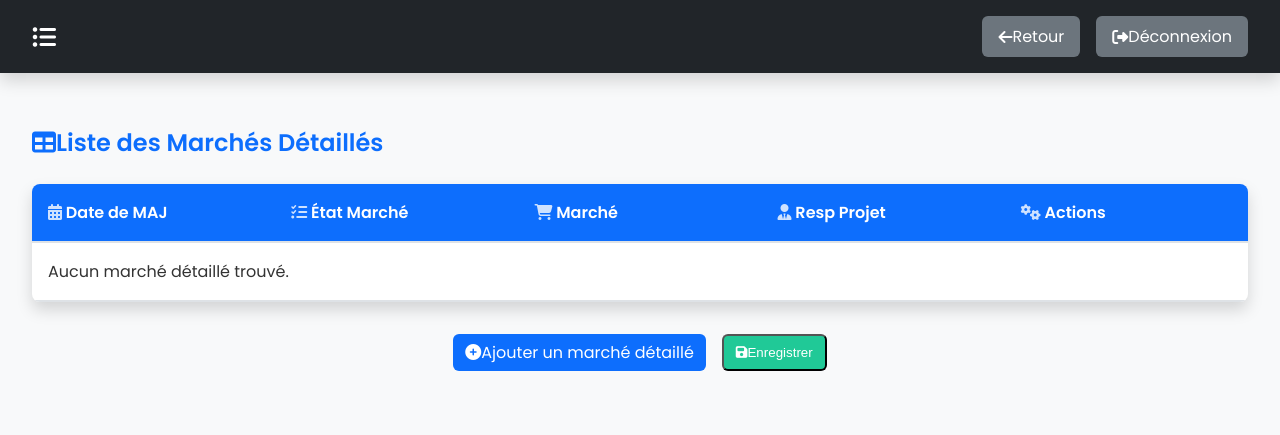
Repository: Andriatiana669/Retour_XP
Page: dashboard/templates/dashboard/liste_marche.html
An editor plug-in stored every save of this project. The page is shown before and after the next save, followed by the edit.
The browser window is 1280 px wide. The pictures show the whole page.
The page is served by the project's application, run on Django 5.2 (manage.py). Other server files are loaded and not shown. The template is opened directly, without the code that normally fills it, so the values that code supplies are empty.

Above is the page before, as saved 2026-01-07 14:37:10.

### dashboard/templates/dashboard/liste_marche.html
<!DOCTYPE html>
<html lang="fr">
<head>
    <meta charset="UTF-8">
    <meta name="viewport" content="width=device-width, initial-scale=1.0">
    <title>Liste des Marchés - {{ marche_global.nom }}</title>
    {% load static %}
    <link rel="stylesheet" href="{% static 'dashboard/css/liste_marche.css' %}">
    <link rel="stylesheet" href="https://cdnjs.cloudflare.com/ajax/libs/font-awesome/6.4.0/css/all.min.css">
    <link href="https://fonts.googleapis.com/css2?family=Poppins:wght@300;400;600&display=swap" rel="stylesheet">

    <!-- petite surcouche pour les boutons d'action -->
    <style>
        .actions-cell{display:flex;gap:.4rem;}
        .actions-cell .btn-voir{padding:.3rem .6rem;font-size:.8rem;}
        .etat-select{max-width:160px;font-size:.85rem;}
        .save-etat-btn{background:var(--success-color);color:#fff;border:none;
                       padding:.25rem .5rem;border-radius:.25rem;font-size:.8rem;cursor:pointer;}
        .center-buttons{display:flex;justify-content:center;gap:1rem;margin:2rem 0;}
    </style>
</head>
<body>
<header>
    <h1><i class="fas fa-list-ul me-2"></i>{{ marche_global.nom }}</h1>
    <nav>
        <a href="{% url 'dashboard:dashboard' %}"><i class="fas fa-arrow-left me-1"></i>Retour</a>
        <a href="{% url 'authentification:logout' %}"><i class="fas fa-sign-out-alt me-1"></i>Déconnexion</a>
    </nav>
</header>

<main>
<h2><i class="fas fa-table me-2" style="color: #0d6efd;"></i>
    <span style="color: #0d6efd;">Liste des Marchés Détaillés</span></h2>

<table class="marches-table">
    <thead>
    <tr>
        <th><i class="fas fa-calendar-alt me-1"></i> Date de MAJ</th>
        <th><i class="fas fa-tasks me-1"></i> État Marché</th>
        <th><i class="fas fa-shopping-cart me-1"></i> Marché</th>
        <th><i class="fas fa-user-tie me-1"></i> Resp Projet</th>
        <th><i class="fas fa-cogs me-1"></i> Actions</th>
    </tr>
    </thead>
    <tbody>
    {% for marche in marches_detailles %}
    <tr data-id="{{ marche.id }}">
        <td>{{ marche.date_maj|date:"d/m/Y H:i" }}</td>

        <!-- État modifiable directement -->
        <td class="etat-cell">
            <form class="etat-inline" style="display:flex;gap:.25rem;align-items:center;">
                {% csrf_token %}
                <select name="etat" class="etat-select"
                        style="color:{{ marche.etat_affaire.couleur|default:'#6c757d' }};
                            background:{{ marche.etat_affaire.couleur_fond|default:'#f8f9fa' }};
                            border:1px solid {{ marche.etat_affaire.couleur|default:'#ced4da' }};
                            border-radius:.25rem;padding:.25rem .4rem;font-size:.85rem;font-weight:600;">
                <option value="">– Non défini –</option>
                {% for etat in etats %}
                    <option value="{{ etat.id }}"
                            {% if marche.etat_affaire.id == etat.id %}selected{% endif %}
                            style="color:{{ etat.couleur }};background:{{ etat.couleur_fond }};">
                    {{ etat.nom }}
                    </option>
                {% endfor %}
                </select>
                <button type="submit" class="save-etat-btn"
                        style="background:transparent;border:none;color:var(--primary-color);cursor:pointer;">
                <i class="fas fa-redo"></i>
                </button>
            </form>
        </td>

        <td>{{ marche.nom_marche }}</td>
        <td>{{ marche.resp_marche }}</td>

        <!-- 3 boutons d'action -->
        <td>
            <div class="actions-cell">
                <a href="{% url 'marches:description' marche.id %}" class="btn-voir">
                    <i class="fas fa-eye"></i> Voir
                </a>
                <a href="{% url 'dashboard:modifier_marche' marche.id %}" class="btn-voir" style="background:var(--secondary-color);">
                    <i class="fas fa-edit"></i> Modifier
                </a>
                <a href="{% url 'dashboard:supprimer_marche' marche.id %}" class="btn-voir" style="background:var(--danger-color);"
                   onclick="return confirm('Supprimer ce marché ?');">
                    <i class="fas fa-trash"></i> Supprimer
                </a>
            </div>
        </td>
    </tr>
    {% empty %}
    <tr><td colspan="5" class="text-center">Aucun marché détaillé trouvé.</td></tr>
    {% endfor %}
    </tbody>
</table>

<!-- Boutons centrés -->
<div class="center-buttons">
    <a href="{% url 'dashboard:ajouter_marche' marche_global.id %}" class="btn-voir">
        <i class="fas fa-plus-circle"></i> Ajouter un marché détaillé
    </a>
    <button id="saveAllEtats" class="btn-voir" style="background:var(--success-color);">
        <i class="fas fa-save"></i> <span> Enregistrer </span>
    </button>
</div>
</main>

<script src="{% static 'dashboard/js/liste_marche.js' %}"></script>
</body>
</html>

### Retour_XP/urls.py
"""
URL configuration for Retour_XP project.

The `urlpatterns` list routes URLs to views. For more information please see:
    https://docs.djangoproject.com/en/5.2/topics/http/urls/
Examples:
Function views
    1. Add an import:  from my_app import views
    2. Add a URL to urlpatterns:  path('', views.home, name='home')
Class-based views
    1. Add an import:  from other_app.views import Home
    2. Add a URL to urlpatterns:  path('', Home.as_view(), name='home')
Including another URLconf
    1. Import the include() function: from django.urls import include, path
    2. Add a URL to urlpatterns:  path('blog/', include('blog.urls'))
"""
# Retour_XP/urls.py
from django.contrib import admin
from django.urls import path, include
from django.conf import settings
from django.conf.urls.static import static

urlpatterns = [
    path('admin/', admin.site.urls),
    path('', include('authentification.urls')),
    path('dashboard/', include('dashboard.urls')),
    path('marches/', include('marches.urls')),
]

if settings.DEBUG:
    urlpatterns += static(settings.MEDIA_URL, document_root=settings.MEDIA_ROOT)
    urlpatterns += static(settings.STATIC_URL, document_root=settings.STATIC_ROOT)

### authentification/urls.py
# authentification/urls.py
from django.urls import path
from . import views

app_name = 'authentification'

urlpatterns = [
    path('', views.login_view, name='login'),
    path('logout/', views.custom_logout, name='logout'),   # ← nouvelle ligne
]

### dashboard/urls.py
# dashboard/urls.py
from django.urls import path
from . import views

app_name = 'dashboard'

urlpatterns = [
    path('', views.dashboard_view, name='dashboard'),
    path('marche/<int:marche_global_id>/', views.liste_marche_view, name='liste_marche'),
    path('marche/<int:marche_global_id>/ajouter/', views.ajouter_marche_view, name='ajouter_marche'),
    path('marche/change-etat/<int:pk>/', views.change_etat_view, name='change_etat'),
    path('marche/modifier/<int:pk>/', views.modifier_marche_view, name='modifier_marche'),
    path('marche/supprimer/<int:pk>/', views.supprimer_marche_view, name='supprimer_marche'),
]

### marches/urls.py
# marches/urls.py
from django.urls import path
from . import views

app_name = 'marches'

urlpatterns = [
    path('description/<int:marche_detaille_id>/', views.description_view, name='description'),
]

### dashboard/static/dashboard/css/liste_marche.css
/* ===== RESET & VARIABLES ===== */
:root {
    --primary-color: #0d6efd;
    --secondary-color: #6c757d;
    --success-color: #20c997;
    --danger-color: #dc3545;
    --light-color: #f8f9fa;
    --dark-color: #212529;
    --shadow-sm: 0 0.125rem 0.25rem rgba(0, 0, 0, 0.075);
    --shadow-md: 0 0.5rem 1rem rgba(0, 0, 0, 0.15);
    --transition: all 0.3s ease;
    --hover-bg: rgba(13, 110, 253, 0.1);
    --border-color: #dee2e6;
}

body {
    font-family: 'Poppins', Arial, sans-serif;
    margin: 0;
    padding: 0;
    background-color: var(--light-color);
    color: #333;
}

/* ===== HEADER ===== */
header {
    background-color: var(--dark-color);
    color: #fff;
    padding: 1rem 2rem;
    display: flex;
    justify-content: space-between;
    align-items: center;
    box-shadow: var(--shadow-md);
    position: sticky;
    top: 0;
    z-index: 100;
}

header h1 {
    margin: 0;
    font-size: 1.5rem;
    font-weight: 600;
    display: flex;
    align-items: center;
}

nav {
    display: flex;
    gap: 1rem;
}

nav a {
    color: #fff;
    text-decoration: none;
    padding: 0.5rem 1rem;
    background-color: var(--secondary-color);
    border-radius: 0.375rem;
    transition: var(--transition);
    display: flex;
    align-items: center;
}

nav a:hover {
    background-color: #5a6268;
    transform: translateY(-1px);
}

/* ===== MAIN CONTENT ===== */
main {
    padding: 2rem;
    max-width: 1400px;
    margin: 0 auto;
}

main h2 {
    margin-bottom: 1.5rem;
    display: flex;
    align-items: center;
    font-size: 1.5rem;
    color: var(--primary-color);
}

/* ===== TABLE STYLES ===== */
.marches-table {
    width: 100%;
    background: white;
    border-radius: 0.5rem;
    overflow: hidden;
    box-shadow: var(--shadow-md);
    border-collapse: separate;
    border-spacing: 0;
}

/* En-tête du tableau */
.marches-table thead {
    display: table;
    width: 100%;
    table-layout: fixed;
}

.marches-table th {
    background-color: var(--primary-color);
    color: white;
    padding: 1rem;
    text-align: left;
    font-weight: 600;
    border-bottom: 0px solid rgba(255, 255, 255, 0.2);
}

.marches-table th i {
    color: rgba(255, 255, 255, 0.8);
}

/* Corps du tableau */
.marches-table tbody {
    display: table;
    width: 100%;
    table-layout: fixed;
}

.marches-table td {
    padding: 1rem;
    border-bottom: 1px solid var(--border-color);
    vertical-align: middle;
}

/* Première ligne du tbody */
.marches-table tbody tr:first-child td {
    border-top: 2px solid var(--border-color);
    border-bottom: 2px solid var(--border-color);
}

/* Dernière ligne du tbody */
.marches-table tr:last-child td {
    border-top: 2px solid var(--border-color);
    border-bottom: 2px solid var(--border-color);
}

/* Animation au survol */
.marches-table tr {
    transition: var(--transition);
}

.marches-table tbody tr:hover {
    background-color: var(--hover-bg);
    transform: scale(1.005);
    box-shadow: inset 0 0 0 9999px var(--hover-bg);
}

/* ===== BADGES & BUTTONS ===== */
.etat-badge {
    padding: 0.375rem 0.75rem;
    border-radius: 0.375rem;
    font-size: 0.875rem;
    font-weight: 600;
    display: inline-block;
    min-width: 80px;
    text-align: center;
}

.btn-voir {
    padding: 0.375rem 0.75rem;
    background-color: var(--primary-color);
    color: white;
    text-decoration: none;
    border-radius: 0.375rem;
    transition: var(--transition);
    display: flex;
    align-items: center;
    justify-content: center;
    width: fit-content;
}

.btn-voir:hover {
    background-color: #0b5ed7;
    transform: translateY(-1px);
    cursor: pointer;
}

/* ===== RESPONSIVE ===== */
@media (max-width: 768px) {
    .marches-table {
        font-size: 0.875rem;
    }

    .marches-table th,
    .marches-table td {
        padding: 0.75rem;
    }

    nav {
        flex-direction: column;
        align-items: flex-end;
    }
}

### dashboard/static/dashboard/js/liste_marche.js
/*  dashboard/static/dashboard/js/liste_marche.js  */
/*  Nouvelle version – compatible avec le HTML actuel  */

document.addEventListener('DOMContentLoaded', () => {
    /* ---------- Sauvegarde rapide des états ---------- */
    const saveBtn = document.getElementById('saveAllEtats');
    if (!saveBtn) return;                  // sécurité si le bouton n’existe pas

    saveBtn.addEventListener('click', async () => {
        const rows = document.querySelectorAll('tr[data-id]');
        const csrf = document.querySelector('[name=csrfmiddlewaretoken]')?.value;
        if (!csrf) { alert('Token CSRF introuvable'); return; }

        let okCount = 0;
        for (const tr of rows) {
            const id     = tr.dataset.id;
            const select = tr.querySelector('select[name="etat"]');
            const etatId = select.value;

            try {
                const resp = await fetch(`/dashboard/marche/change-etat/${id}/`, {
                    method : 'POST',
                    headers: {
                        'X-CSRFToken': csrf,
                        'Content-Type': 'application/json'
                    },
                    body: JSON.stringify({etat: etatId})
                });
                if (resp.ok) okCount++;
            } catch (e) {
                console.error('Erreur réseau', e);
            }
        }
        alert(`${okCount} état(s) mis à jour`);
        location.reload();          // rafraîchit la page
    });
});

After the next save:
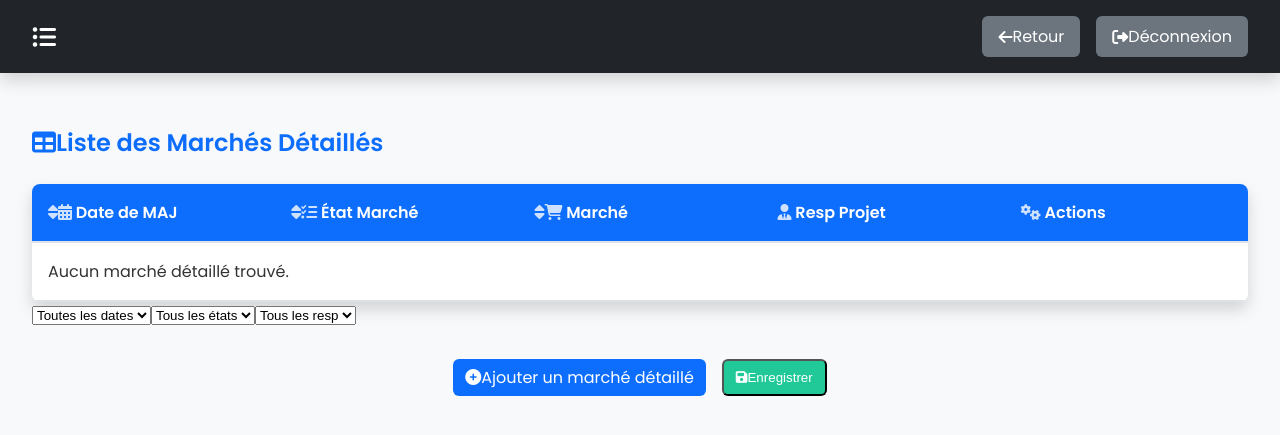
Saved 6 min 20 s later.
--- a/dashboard/static/dashboard/js/liste_marche.js
+++ b/dashboard/static/dashboard/js/liste_marche.js
@@ -1,37 +1,113 @@
 /*  dashboard/static/dashboard/js/liste_marche.js  */
-/*  Nouvelle version – compatible avec le HTML actuel  */
+document.addEventListener('DOMContentLoaded', () => {
+    /* ---------- UTILS ---------- */
+    const $ = s => document.querySelector(s);
+    const $$ = s => [...document.querySelectorAll(s)];
 
-document.addEventListener('DOMContentLoaded', () => {
-    /* ---------- Sauvegarde rapide des états ---------- */
-    const saveBtn = document.getElementById('saveAllEtats');
-    if (!saveBtn) return;                  // sécurité si le bouton n’existe pas
+    const table   = $('.marches-table tbody');
+    const rows    = $$('tr[data-id]');
+    const csrf    = $('[name=csrfmiddlewaretoken]')?.value;
 
-    saveBtn.addEventListener('click', async () => {
-        const rows = document.querySelectorAll('tr[data-id]');
-        const csrf = document.querySelector('[name=csrfmiddlewaretoken]')?.value;
-        if (!csrf) { alert('Token CSRF introuvable'); return; }
+    /* ---------- TRI ---------- */
+    let sortState = {}; // {colIndex: 1|-1}
+    $$('thead th').forEach((th, idx) => {
+        if (idx > 2) return; // on ne tri que les 3 premières colonnes
+        th.style.cursor = 'pointer';
+        th.insertAdjacentHTML('afterbegin', '<i class="fas fa-sort ms-1 text-muted"></i>');
+        th.addEventListener('click', () => {
+            const dir = (sortState[idx] || 1) * -1;
+            sortState = {[idx]: dir};
+            const sorted = [...rows].sort((a, b) => {
+                let va = a.cells[idx].textContent.trim();
+                let vb = b.cells[idx].textContent.trim();
+                if (idx === 0) { // Date de MAJ
+                    va = new Date(va.split('/').reverse().join('-'));
+                    vb = new Date(vb.split('/').reverse().join('-'));
+                }
+                return va > vb ? dir : -dir;
+            });
+            sorted.forEach(r => table.appendChild(r));
+        });
+    });
 
-        let okCount = 0;
-        for (const tr of rows) {
-            const id     = tr.dataset.id;
-            const select = tr.querySelector('select[name="etat"]');
-            const etatId = select.value;
+    /* ---------- FILTRES ---------- */
+    // 1) filtre Date
+    const dateFilter = document.createElement('select');
+    dateFilter.className = 'form-select form-select-sm d-inline-block w-auto me-3';
+    dateFilter.innerHTML = `
+        <option value="all">Toutes les dates</option>
+        <option value="today">Aujourd'hui</option>
+        <option value="week">Cette semaine</option>
+        <option value="month">Ce mois</option>`;
+    $('.center-buttons').before(dateFilter);
 
-            try {
-                const resp = await fetch(`/dashboard/marche/change-etat/${id}/`, {
-                    method : 'POST',
-                    headers: {
-                        'X-CSRFToken': csrf,
-                        'Content-Type': 'application/json'
-                    },
-                    body: JSON.stringify({etat: etatId})
-                });
-                if (resp.ok) okCount++;
-            } catch (e) {
-                console.error('Erreur réseau', e);
+    // 2) filtre État
+    const etatFilter = document.createElement('select');
+    etatFilter.className = 'form-select form-select-sm d-inline-block w-auto me-3';
+    etatFilter.innerHTML = '<option value="all">Tous les états</option>';
+    const etats = [...new Set(rows.map(r => r.querySelector('select[name="etat"] option:checked')?.textContent.trim() || 'Non défini'))];
+    etats.sort().forEach(e => etatFilter.innerHTML += `<option value="${e}">${e}</option>`);
+    $('.center-buttons').before(etatFilter);
+
+    // 3) filtre Resp
+    const respFilter = document.createElement('select');
+    respFilter.className = 'form-select form-select-sm d-inline-block w-auto me-3';
+    respFilter.innerHTML = '<option value="all">Tous les resp</option>';
+    const resps = [...new Set(rows.map(r => r.cells[3].textContent.trim()))];
+    resps.sort().forEach(r => respFilter.innerHTML += `<option value="${r}">${r}</option>`);
+    $('.center-buttons').before(respFilter);
+
+    /* ---------- APPLICATION DES FILTRES ---------- */
+    function applyFilters() {
+        const dVal = dateFilter.value;
+        const eVal = etatFilter.value;
+        const rVal = respFilter.value;
+
+        const now = new Date();
+        const startOfWeek = new Date(now.setDate(now.getDate() - now.getDay()));
+        const startOfMonth = new Date(now.getFullYear(), now.getMonth(), 1);
+
+        rows.forEach(tr => {
+            const dateTxt = tr.cells[0].textContent.trim();
+            const dateRow = new Date(dateTxt.split('/').reverse().join('-'));
+            const etatTxt = tr.querySelector('select[name="etat"] option:checked')?.textContent.trim() || 'Non défini';
+            const respTxt = tr.cells[3].textContent.trim();
+
+            let okDate = dVal === 'all' ||
+                (dVal === 'today' && dateRow.toDateString() === new Date().toDateString()) ||
+                (dVal === 'week' && dateRow >= startOfWeek) ||
+                (dVal === 'month' && dateRow >= startOfMonth);
+
+            let okEtat = eVal === 'all' || etatTxt === eVal;
+            let okResp = rVal === 'all' || respTxt === rVal;
+
+            tr.style.display = (okDate && okEtat && okResp) ? '' : 'none';
+        });
+    }
+    dateFilter.addEventListener('change', applyFilters);
+    etatFilter.addEventListener('change', applyFilters);
+    respFilter.addEventListener('change', applyFilters);
+
+    /* ---------- SAUVEGARDE RAPIDE DES ÉTATS ---------- */
+    const saveBtn = $('#saveAllEtats');
+    if (saveBtn) {
+        saveBtn.addEventListener('click', async () => {
+            let okCount = 0;
+            for (const tr of rows) {
+                if (tr.style.display === 'none') continue; // on ignore les lignes cachées
+                const id = tr.dataset.id;
+                const etatId = tr.querySelector('select[name="etat"]').value;
+                try {
+                    const resp = await fetch(`/dashboard/marche/change-etat/${id}/`, {
+                        method: 'POST',
+                        headers: {'X-CSRFToken': csrf, 'Content-Type': 'application/json'},
+                        body: JSON.stringify({etat: etatId})
+                    });
+                    if (resp.ok) okCount++;
+                } catch (e) { console.error(e); }
             }
-        }
-        alert(`${okCount} état(s) mis à jour`);
-        location.reload();          // rafraîchit la page
-    });
+            alert(`${okCount} état(s) mis à jour`);
+            location.reload();
+        });
+    }
 });
